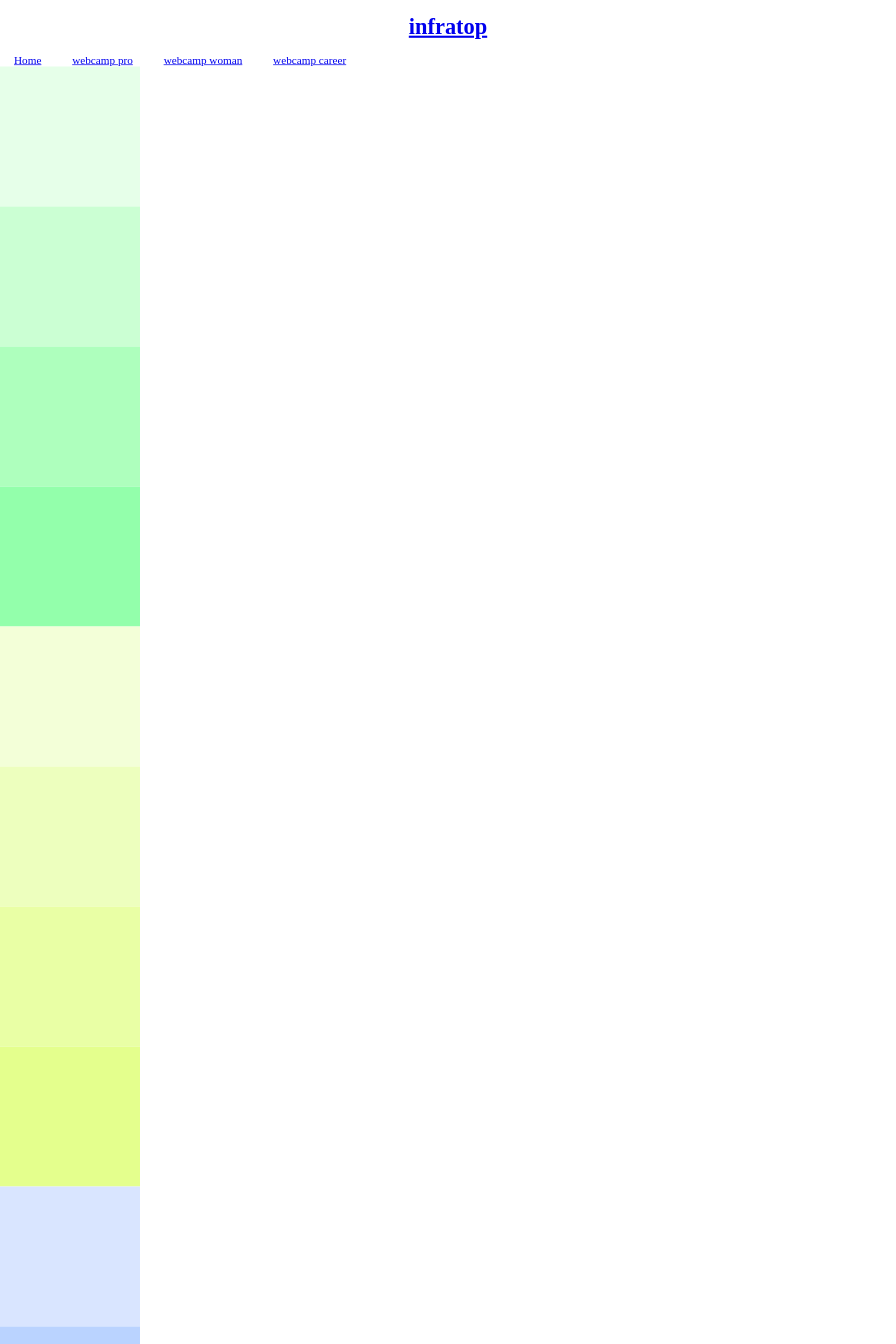
Repository: yuu3176/theme1
Page: 1-5/1-5.html
The author's editor kept a record of every edit. The page is drawn from the files as they stood at one moment, then again after the next edit.
The browser window is 1280 px wide. The pictures show the part of the page from y = 0 to 1920 px (the page is 2615 px tall before and 2647 px after), at 70% of full size.

Above is the page before.

### 1-5/1-5.html
<!DOCTYPE html>
<html lang="ja">
  <head>
    <meta charset="utf-8">
    <link rel="stylesheet" href="1-5.css">
    <title>1-5</title>
  </head>

  <body>
    <header>
      <h1>
        <a href="1-5.html">infratop</a>
      </h1>
    </header>
    <nav>
      <ul class="nav list">
        <li class="nav-list-item">
          <a href="https://web-camp.io/">Home</a>
        </li>
        <li class="nav-list-item">
          <a href="https://web-camp.io/commit/">webcamp pro</a>
        </li>
        <li class="nav-list-item">
        <a href="https://web-camp.io/courses/webDesign/">webcamp woman</a>
        </li>
        <li class="nav-list-item">
        <a href="https://web-camp.io/career-support/">webcamp career</a>
        </li>
      </ul>
    </nav>
    <div class="main1">
      <div class="color-green1"></div>
      <div class="color-green2"></div>
      <div class="color-green3"></div>
      <div class="color-green4"></div>
    </div>
    <div class="main2">
      <div class="color-yellow1"></div>
      <div class="color-yellow2"></div>
      <div class="color-yellow3"></div>
      <div class="color-yellow4"></div>
    </div>
    <div class="main3">
      <div class="color-blue1"></div>
      <div class="color-blue2"></div>
      <div class="color-blue3"></div>
      <div class="color-blue4"></div>
    </div>
    <footer>
      <p class="footer-text">© All rights reserved by Infratop.Inc.</p>
    </footer>
  </body>
</html>

### 1-5/1-5.css
*{
  margin:0px;
  padding:0px;
  box-sizing: border-box;
}

header{
  width:100%;
  padding:20px 0;
  text-align: center;
}

.nav-list {
  text-align: center;
  padding: 15px 0;
  margin: 0 auto;
  border-bottom: 1px solid #848282;
  border-top: 1px solid #848282;
}

.nav-list-item {
  list-style: none;
  display: inline-block;
  margin: 0 20px;
}

.main{
  width:800px;
  margin:50px auto;
  display:flex;
  flex-wrap:wrap;
}

.color-green1{
  width:200px;
  height:200px;
  background-color:#e6ffe9;
}

.color-green2{
  width:200px;
  height:200px;
  background-color:#cbffd3;
}

.color-green3{
  width:200px;
  height:200px;
  background-color:#aeffbd;
}

.color-green4{
  width:200px;
  height:200px;
  background-color:#93ffab;
}

.color-yellow1{
  width:200px;
  height:200px;
  background-color:#f3ffd8;
}

.color-yellow2{
  width:200px;
  height:200px;
  background-color:#edffbe;
}

.color-yellow3{
  width:200px;
  height:200px;
  background-color:#e9ffa5;
}

.color-yellow4{
  width:200px;
  height:200px;
  background-color:#e4ff8d;
}

.color-blue1{
  width:200px;
  height:200px;
  background-color:#d9e5ff;
}

.color-blue2{
  width:200px;
  height:200px;
  background-color:#bad3ff;
}

.color-blue3{
  width:200px;
  height:200px;
  background-color:#a4c6ff;
}

.color-blue4{
  width:200px;
  height:200px;
  background-color:#8eb8ff;
}

footer{
  width:100%;
  height:120px;
  text-align: center;
  line-height: 120px;
  background-color:#848282;
}
.footer-text{
  color:#fff;
}

After the next edit:
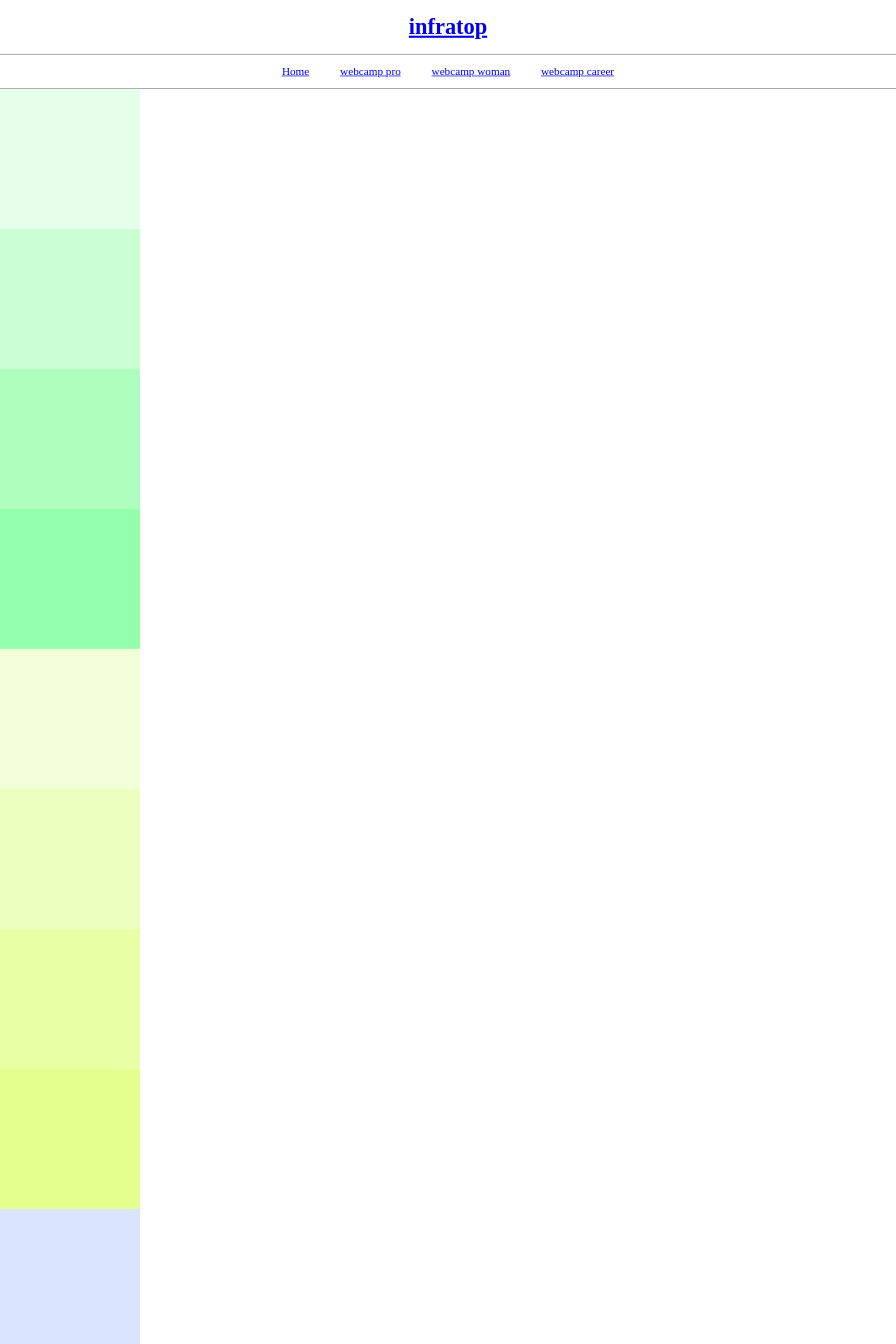
The edit:
--- a/1-5/1-5.html
+++ b/1-5/1-5.html
@@ -13,7 +13,7 @@
       </h1>
     </header>
     <nav>
-      <ul class="nav list">
+      <ul class="nav-list">
         <li class="nav-list-item">
           <a href="https://web-camp.io/">Home</a>
         </li>
